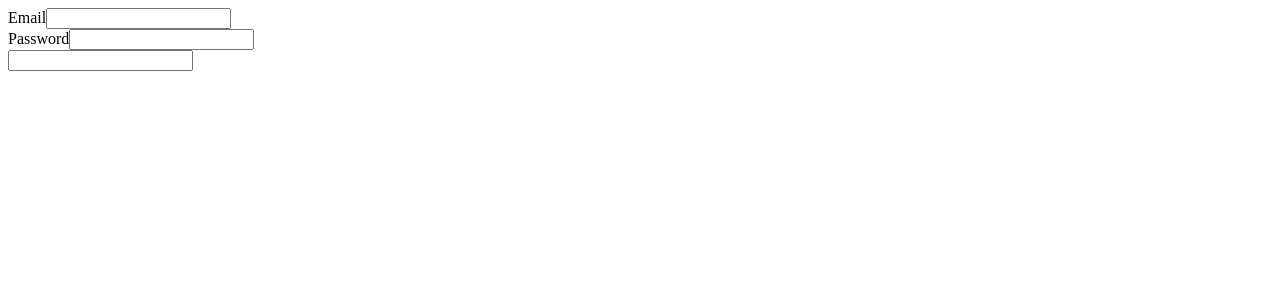
Repository: laxmichauhan/Student-Data-Insertion
Page: Application1/WebContent/login.html
The author's editor kept a copy of each file at every save. The page is drawn from the files as they stood at one save, then again after the next save.
The browser window is 1280 px wide. The pictures show the whole page.

Above is the page before, as saved 2019-02-19 06:05:17.

### Application1/WebContent/login.html
<!DOCTYPE html>
<html>
<head>
<meta charset="ISO-8859-1">
<title>Insert title here</title>
</head>
<body>
<form action="Verify" method="post">
Email<input type="text" name="email"/><br>
Password<input type="password" name="password"/><br>
<input type="Login" name="login"/><br>


</form>
</body>
</html>

After the next save:
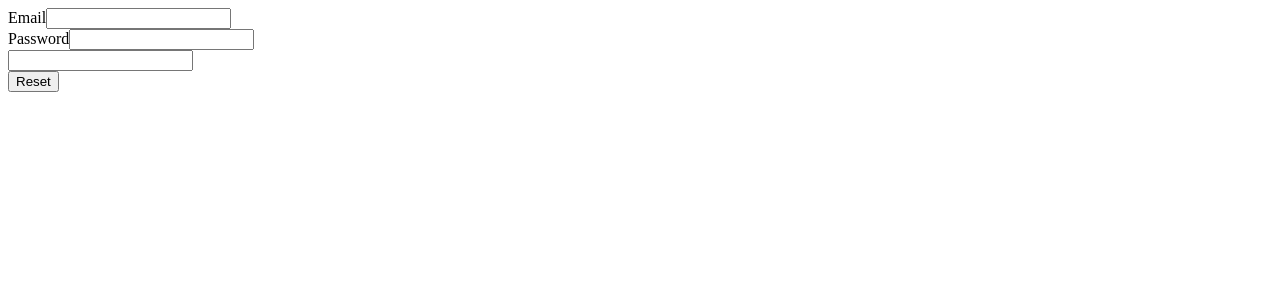
Saved 21 s later.
--- a/Application1/WebContent/login.html
+++ b/Application1/WebContent/login.html
@@ -9,7 +9,7 @@
 Email<input type="text" name="email"/><br>
 Password<input type="password" name="password"/><br>
 <input type="Login" name="login"/><br>
-
+<input type="Reset" name="reset"/>
 
 </form>
 </body>
